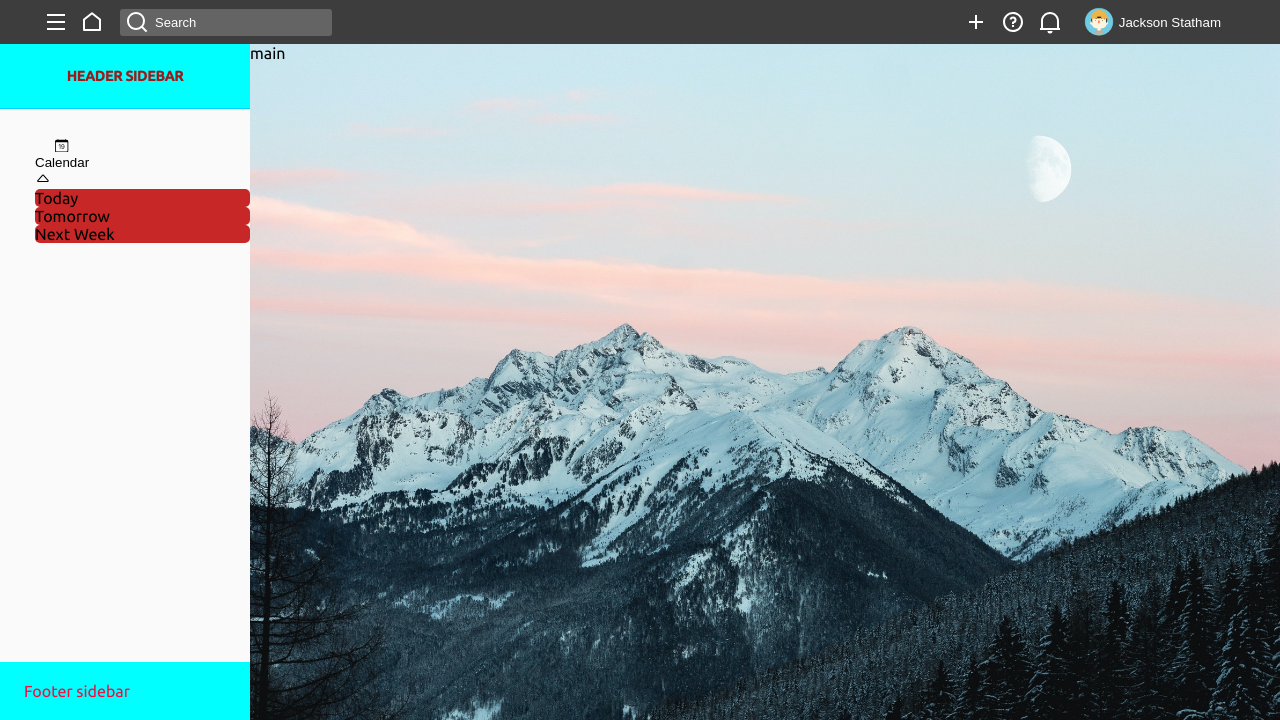
Repository: huuthe1999/to-do-list
Page: /
The author's editor kept a copy of each file at every save. The page is drawn from the files as they stood at one save, then again after the next save.
The browser window is 1280 px wide. The pictures show the whole page.
The project was rebuilt for these pictures with package versions that can differ from the ones it lists, and the page was loaded fresh each time. Also part of the build but not shown: src/components/form/addForm/addForm.scss, src/components/form/addForm/AddForm.js, src/components/modal/modal.scss, src/components/modal/Modal.js.

Above is the page before, as saved 2022-02-17 13:53:34.

After the next save:
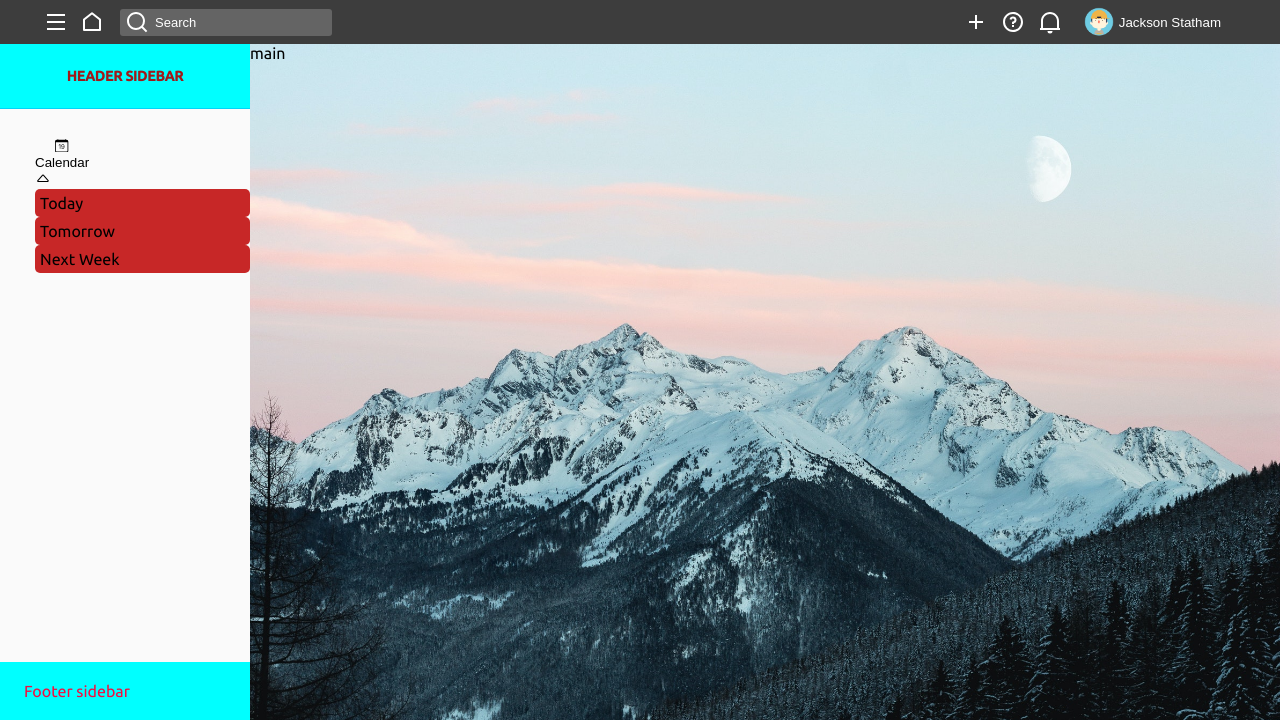
Saved 19 s later.
--- a/src/components/calendar/calendarItem/calendarItem.scss
+++ b/src/components/calendar/calendarItem/calendarItem.scss
@@ -2,7 +2,7 @@ li {
 	border-radius: 5px;
 	display: flex;
 	align-items: center;
-
+	padding: 5px 16px 5px 5px;
 	cursor: pointer;
 	background-color: rgb(199, 39, 39);
 }
